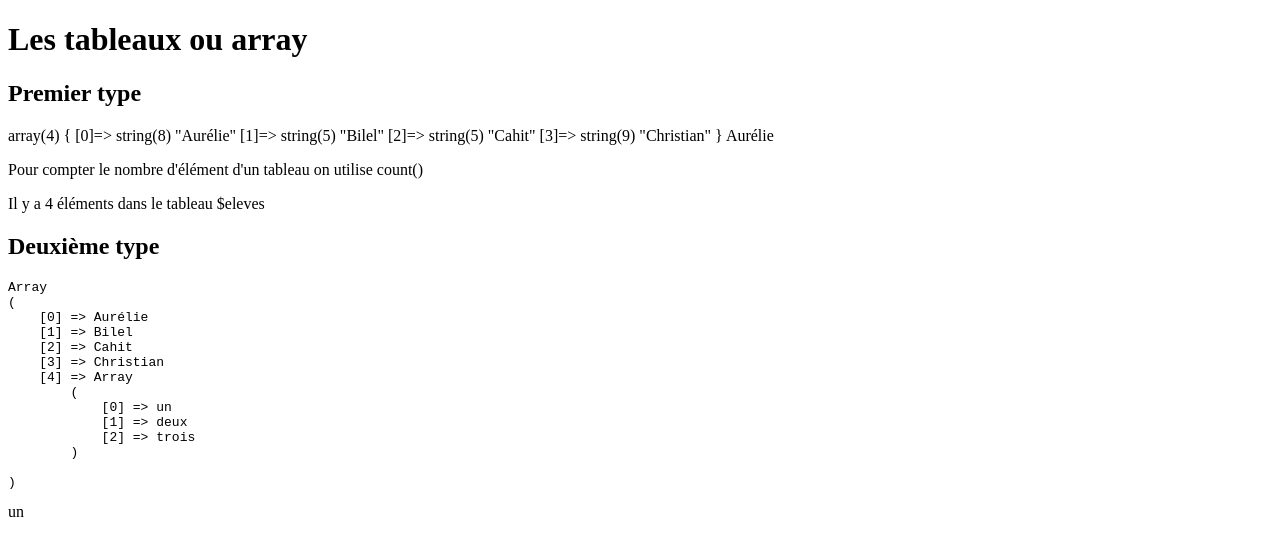
Repository: QuentinFayt/base-php-2021
Page: http://localhost/les_arrays.php
The author's editor kept a copy of each file at every save. The page is drawn from the files as they stood at one save, then again after the next save.
The browser window is 1280 px wide. The pictures show the whole page.
The page is run by PHP 8.4 with error messages shown; the project is at /var/www/html/.

Above is the page before, as saved 2021-07-07 11:51:25.

After the next save:
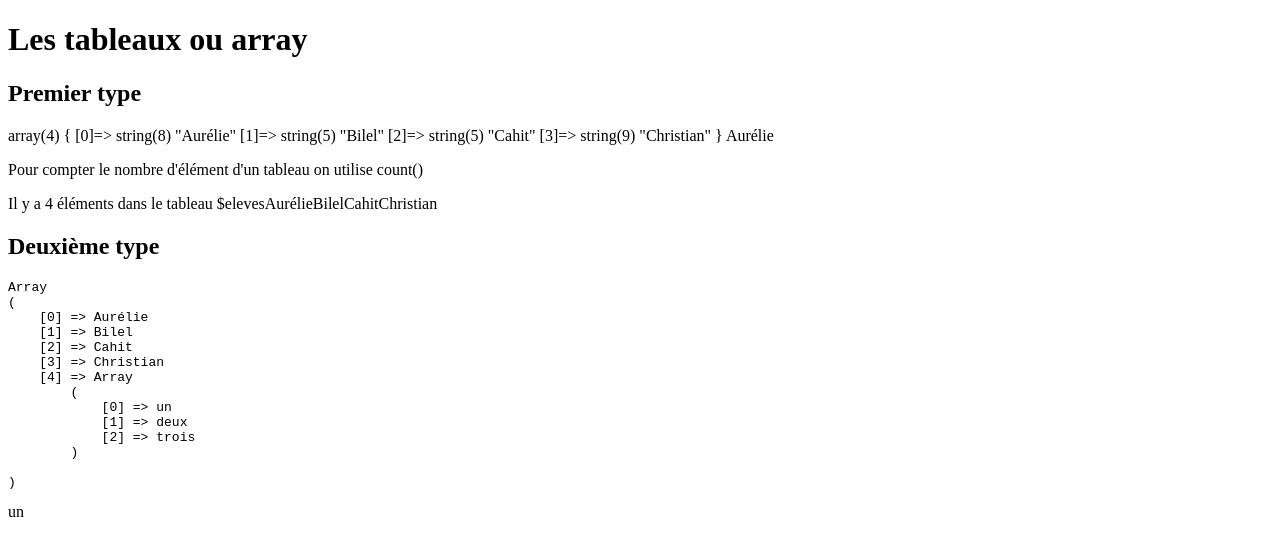
Saved 95 s later.
--- a/les_arrays.php
+++ b/les_arrays.php
@@ -23,9 +23,13 @@
 
         echo "<p> Pour compter le nombre d'élément d'un tableau on utilise count()</p>";
 
-        $nbEleve = count($eleves);
+        $nbEleves = count($eleves);
 
-        echo "Il y a ".$nbEleve.' éléments dans le tableau $eleves';
+        echo "Il y a ".$nbEleves.' éléments dans le tableau $eleves';
+
+        for($n=0;$n<$nbEleves;$n++){
+            echo $eleves[$n];
+        }
 
     ?>
     <h2>Deuxième type</h2>
